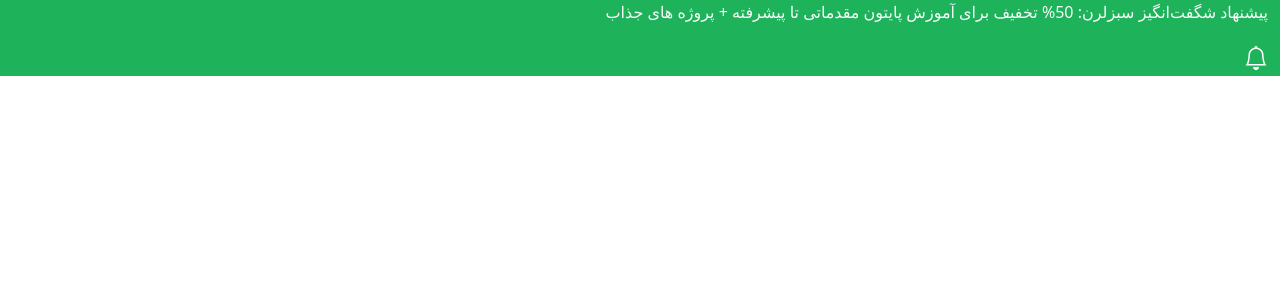
Repository: mobina-mirzaei/final-project-mirzaei
Page: index.html
These files come from the project's save history. The page is drawn as it stood at one moment and after the next save; the edit follows.
The browser window is 1280 px wide. The pictures show the whole page.
The style sheet was rebuilt from its Sass, Less or Tailwind sources for each picture, by a compiler version that may differ from the author's.

Above is the page before, as saved 2025-06-05 20:30:23.

After the next save:
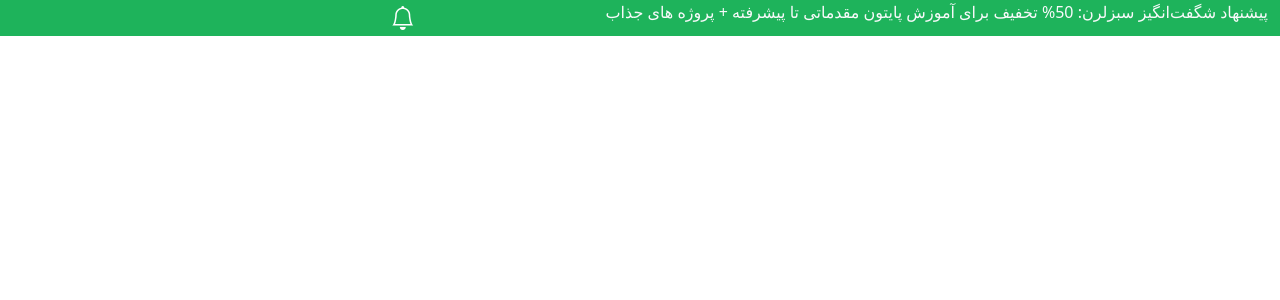
Saved 34 min 16 s later.
--- a/index.html
+++ b/index.html
@@ -17,14 +17,16 @@
   </head>
   <body>
     <div class="container-fluid">
-      <div class="row d-flex justify-content-between aling-items-center">
-        <div class="col-lg-12 pre-nav">
-          <p class="text-light">
+      <div class="row d-flex justify-content-between aling-items-center pre-nav">
+        <div class="col-lg-8">
+          <span class="text-light">
             پیشنهاد شگفت‌انگیز سبزلرن: 50% تخفیف برای آموزش پایتون مقدماتی تا
             پیشرفته + پروژه های جذاب
-          </p>
-          <!-- <i class='far fa-bell' style='font-size:48px;color:white'></i> -->
-          <i class="bi bi-bell" style="color: white; font-size: 24px;"></i>
+          </span>
+
+        </div>
+        <div class="col-lg-4">
+            <i class="bi bi-bell" style="color: white; font-size: 24px;"></i>
         </div>
       </div>
     </div>
